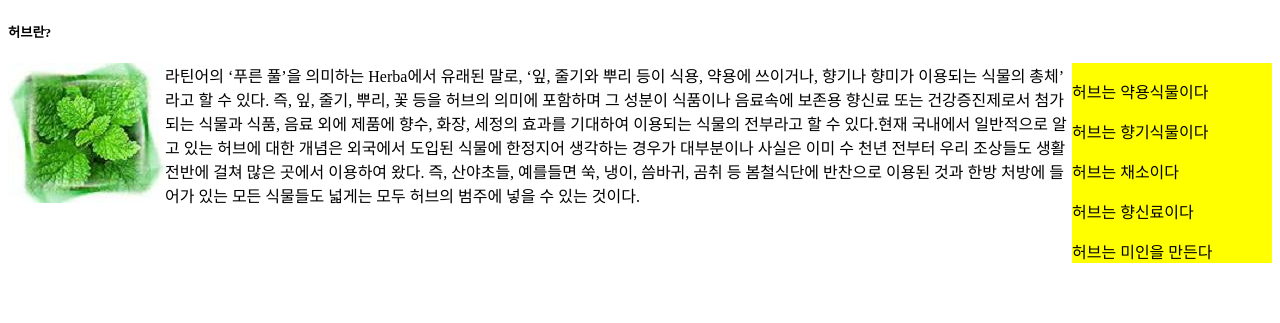
Repository: gus-123/Edu_KCC_HTML
Page: CSS/WebContent/position.html
These files come from the project's save history. The page is drawn as it stood at one moment and after a run of saves; the edit follows.
The browser window is 1280 px wide. The pictures show the whole page.

Above is the page before, as saved 2024-07-09 06:20:42.

### CSS/WebContent/position.html
<?xml version="1.0" encoding="EUC-KR" ?>
<!DOCTYPE html PUBLIC "-//W3C//DTD XHTML 1.0 Transitional//EN" "http://www.w3.org/TR/xhtml1/DTD/xhtml1-transitional.dtd">
<html xmlns="http://www.w3.org/1999/xhtml">
<head>
<meta http-equiv="Content-Type" content="text/html; charset=EUC-KR" />
<title>Insert title here</title>
<style type="text/css">
#balm {
	float: left;
}

#sidebar {
	width: 200px;
	height: 200px;
	background-color: yellow;
	float: right;
}
</style>
</head>
<body>
	<h5>허브란?</h5>
	<img src="images/balm.jpg" id="balm" />

	<div id="sidebar">
		<p id="sidetext">허브는 약용식물이다</p>
		<p id="sidetext">허브는 향기식물이다</p>
		<p id="sidetext">허브는 채소이다</p>
		<p id="sidetext">허브는 향신료이다</p>
		<p id="sidetext">허브는 미인을 만든다</p>
	</div>

	<div id="content">
		<p>라틴어의 ‘푸른 풀’을 의미하는 Herba에서 유래된 말로, ‘잎, 줄기와 뿌리 등이 식용, 약용에 쓰이거나,
			향기나 향미가 이용되는 식물의 총체’ 라고 할 수 있다. 즉, 잎, 줄기, 뿌리, 꽃 등을 허브의 의미에 포함하며 그 성분이
			식품이나 음료속에 보존용 향신료 또는 건강증진제로서 첨가되는 식물과 식품, 음료 외에 제품에 향수, 화장, 세정의 효과를
			기대하여 이용되는 식물의 전부라고 할 수 있다.현재 국내에서 일반적으로 알고 있는 허브에 대한 개념은 외국에서 도입된 식물에
			한정지어 생각하는 경우가 대부분이나 사실은 이미 수 천년 전부터 우리 조상들도 생활 전반에 걸쳐 많은 곳에서 이용하여 왔다.
			즉, 산야초들, 예를들면 쑥, 냉이, 씀바귀, 곰취 등 봄철식단에 반찬으로 이용된 것과 한방 처방에 들어가 있는 모든
			식물들도 넓게는 모두 허브의 범주에 넣을 수 있는 것이다.</p>
	</div>
</body>
</html>

After the next 2 saves:
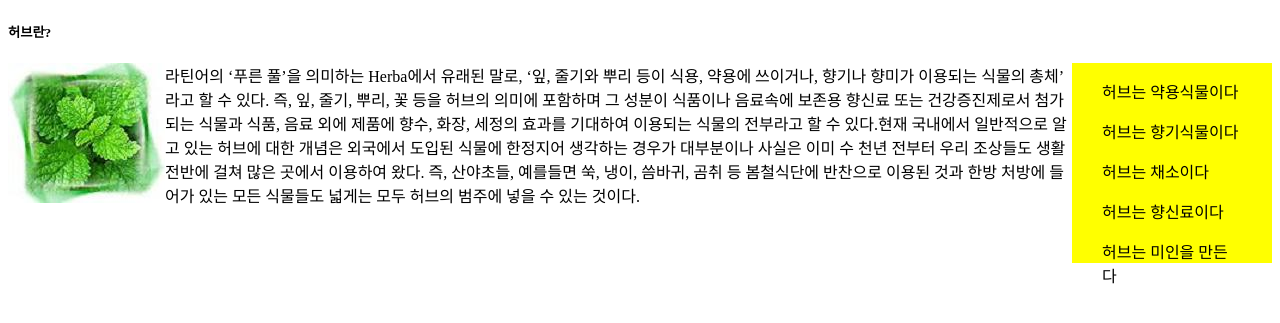
The 2 saves are shown as one change because they came seconds apart.
The last was saved 43 s later.
--- a/CSS/WebContent/position.html
+++ b/CSS/WebContent/position.html
@@ -14,6 +14,11 @@
 	height: 200px;
 	background-color: yellow;
 	float: right;
+}
+
+p {
+	margin-left: 30px;
+	margin-right: 30px;
 }
 </style>
 </head>

After the save that followed:
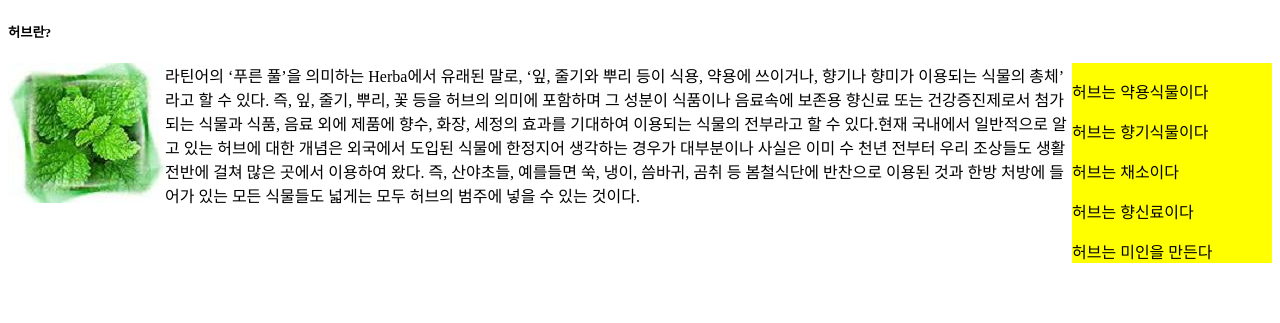
Saved 20 s later.
--- a/CSS/WebContent/position.html
+++ b/CSS/WebContent/position.html
@@ -16,7 +16,7 @@
 	float: right;
 }
 
-p {
+content > p {
 	margin-left: 30px;
 	margin-right: 30px;
 }
